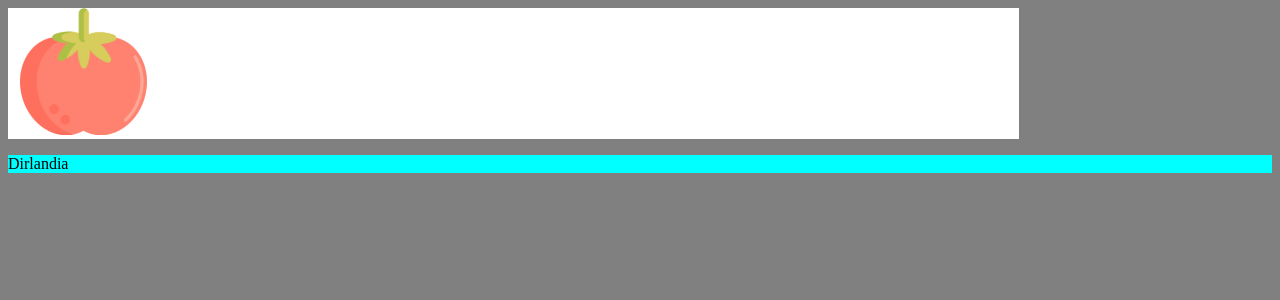
Repository: Dirlandia404/pomodoro
Page: /
These files come from the project's save history. The page is drawn as it stood at one moment and after the next save; the edit follows.
The browser window is 1280 px wide. The pictures show the whole page.
The project was rebuilt for these pictures with package versions that can differ from the ones it lists, and the page was loaded fresh each time.

Above is the page before, as saved 2021-11-24 23:05:51.

After the next save:
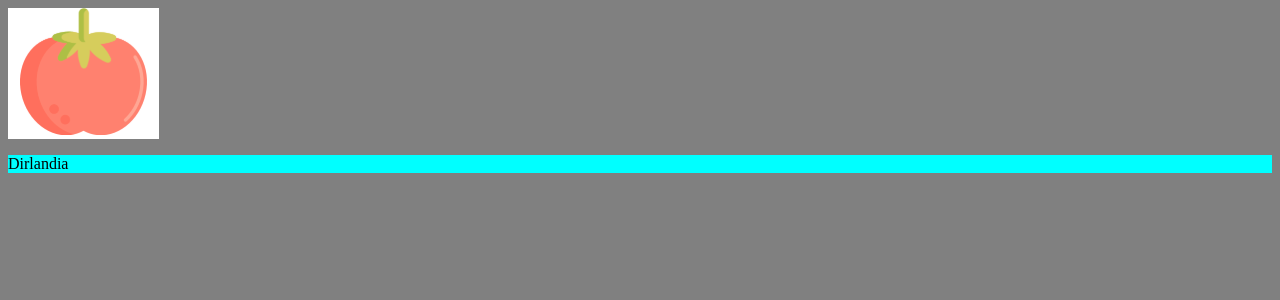
Saved 71 s later.
--- a/src/componentes/componente.css
+++ b/src/componentes/componente.css
@@ -5,8 +5,7 @@ body{
 
 form{
     background-color: white;
-    align-items: center;
-    width: 80%;
+    display: inline-block;
 }
 p{
     background-color: aqua;
